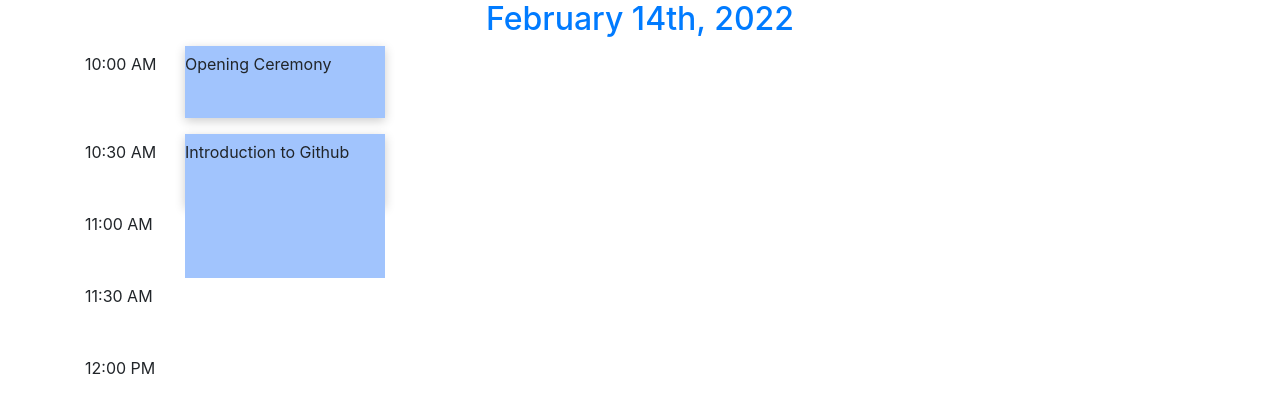
Repository: BaileyLuu/yuHacks2022
Page: public/schedule.html
These files come from the project's save history. The page is drawn as it stood at one moment and after the next save; the edit follows.
The browser window is 1280 px wide. The pictures show the whole page.
Some web libraries are served in a nearby version.

Above is the page before, as saved 2021-11-20 13:41:48.

### public/schedule.html
<!DOCTYPE html>
<html lang="en">

<head>
    <meta charset="UTF-8">
    <meta http-equiv="X-UA-Compatible" content="IE=edge">
    <meta name="viewport" content="width=device-width, initial-scale=1.0">

    <script src="https://ajax.googleapis.com/ajax/libs/jquery/3.5.1/jquery.min.js"></script>

    <!-- Popper JS -->
    <script src="https://cdnjs.cloudflare.com/ajax/libs/popper.js/1.12.9/umd/popper.min.js"
        integrity="sha384-ApNbgh9B+Y1QKtv3Rn7W3mgPxhU9K/ScQsAP7hUibX39j7fakFPskvXusvfa0b4Q"
        crossorigin="anonymous"></script>

    <!-- Latest compiled JavaScript -->
    <script src="https://maxcdn.bootstrapcdn.com/bootstrap/4.0.0/js/bootstrap.min.js"
        integrity="sha384-JZR6Spejh4U02d8jOt6vLEHfe/JQGiRRSQQxSfFWpi1MquVdAyjUar5+76PVCmYl"
        crossorigin="anonymous"></script>

    <!-- Latest compiled and minified CSS -->
    <link rel="stylesheet" href="https://maxcdn.bootstrapcdn.com/bootstrap/4.0.0/css/bootstrap.min.css"
        integrity="sha384-Gn5384xqQ1aoWXA+058RXPxPg6fy4IWvTNh0E263XmFcJlSAwiGgFAW/dAiS6JXm" crossorigin="anonymous">

    <!-- AOS CSS Library CDN -->
    <link href="https://unpkg.com/aos@2.3.1/dist/aos.css" rel="stylesheet">
    <!-- Bootstrap Icons -->
    <link rel="stylesheet" href="https://cdn.jsdelivr.net/npm/bootstrap-icons@1.7.0/font/bootstrap-icons.css">



    <script src="https://code.jquery.com/jquery-3.2.1.slim.min.js"
        integrity="sha384-KJ3o2DKtIkvYIK3UENzmM7KCkRr/rE9/Qpg6aAZGJwFDMVNA/GpGFF93hXpG5KkN"
        crossorigin="anonymous"></script>
    <link rel="stylesheet" href="./schedule.css">
    <script src="schedule.js"></script>
    <script src="https://ajax.googleapis.com/ajax/libs/jquery/3.3.1/jquery.min.js"></script>
    <title>yuHacks Schedule</title>
</head>

<body>
    <section class="">
        <div class="container">
            <h2 class="text-primary title text-center">February 14th, 2022</h1>

                <!-- <div class="row row-cols-2">
          <div class="col">Column</div>
          <div class="col">Column</div>
          <div class="col">Column</div>
          <div class="col">Column</div>
          <div class="col">Column</div>
          <div class="col">Column</div>

        </div>
        <div class="row row-cols-2">
            <div class="col">Column</div>
            <div class="col">Column</div>
            <div class="col">Column</div>
            <div class="col">Column</div>
            <div class="col">Column</div>
            <div class="col">Column</div>

          </div> -->
                <div class="schedule-table">



                    <div class="box schedule-time mb-3">
                        <div class="schedule-time" style="width: 100px;">10:00 AM</div>
                        <div class="session-box schedule-time">Opening Ceremony</div>

                    </div>
                    <div class="box schedule-time">
                        <div class="schedule-time" style="width: 100px;">10:30 AM</div>
                        <div class="session-box schedule-time">Introduction to Github</div>

                    </div>
                    <div class="box schedule-time">
                        <div class="schedule-time" style="width: 100px;">11:00 AM</div>
                        <div class="extra-time schedule-time"></div>

                    </div>
                    <div class="box schedule-time">
                        <div class="chedule-time" style="width: 100px;">11:30 AM</div>
                        <div class="empty-box schedule-time"></div>

                    </div>
                    <div class="box schedule-time  mb-3">
                        <div class="schedule-time" style="width: 100px;">12:00 PM</div>

                    </div>

                    <!-- <div class="col-md-8">
              <div>Introduction to Github</div>
              <div></div>
              <div>Introduction to Bootstrap</div>
          </div> -->

                </div>
        </div>
    </section>

    <script src="https://cdnjs.cloudflare.com/ajax/libs/jquery/3.6.0/jquery.min.js"
        integrity="sha512-894YE6QWD5I59HgZOGReFYm4dnWc1Qt5NtvYSaNcOP+u1T9qYdvdihz0PPSiiqn/+/3e7Jo4EaG7TubfWGUrMQ=="
        crossorigin="anonymous" referrerpolicy="no-referrer"></script>
    <!-- Option 1: Bootstrap Bundle with Popper -->
    <script src="https://cdn.jsdelivr.net/npm/bootstrap@5.1.3/dist/js/bootstrap.bundle.min.js"
        integrity="sha384-ka7Sk0Gln4gmtz2MlQnikT1wXgYsOg+OMhuP+IlRH9sENBO0LRn5q+8nbTov4+1p"
        crossorigin="anonymous"></script>

    <script src="https://unpkg.com/aos@2.3.1/dist/aos.js"></script>
    <script>
        AOS.init({
            offset: 500,
            duration: 800,
            once: true,
        }

        );
    </script>
</body>

</html>

### public/schedule.css
/* body {
    background-color: #141c3c;
  } */

.schedule-time{
  display:flex;
  flex-direction: column;
  width: 200px;
  height:10vh;
  box-sizing: border-box;
  z-index: 50;
  line-height: 5vh;
  flex-wrap: wrap;
}
.session-box{
  /* background-image: linear-gradient(120deg, #a1c4fd 0%, #c2e9fb 100%); */
  background-color:#a1c4fd;
  box-shadow: 0 3px 10px rgb(0 0 0 / 0.2);
  position:relative;
  flex-wrap: wrap;
}
.extra-time{
  /* background-image: linear-gradient(180deg, #c2e9fb 100%, #a1c4fd 100%); */
  background-color:#a1c4fd;
  /* box-shadow: 0 3px 10px rgb(0 0 0 / 0.2); */
  position:relative;
  flex-wrap: wrap;
  border:0;
}
.empty-box{
  background-image: white;
  position:relative;
  flex-wrap: wrap;
}
.schedule-table{
  display:flex;
  flex-direction:column;

}
/* .box>* {
  flex: 1 1 70px;
} */

Loaded but not shown: public/schedule.js (no copy from this time; the picture is the same without it)

After the next save:
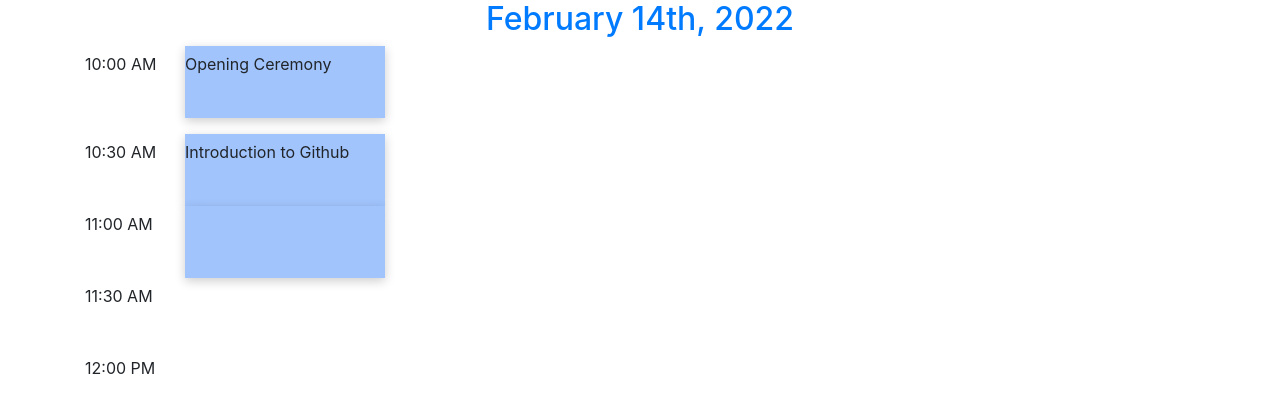
Saved 31 s later.
--- a/public/schedule.css
+++ b/public/schedule.css
@@ -22,7 +22,7 @@
 .extra-time{
   /* background-image: linear-gradient(180deg, #c2e9fb 100%, #a1c4fd 100%); */
   background-color:#a1c4fd;
-  /* box-shadow: 0 3px 10px rgb(0 0 0 / 0.2); */
+  box-shadow: 0 3px 10px rgb(0 0 0 / 0.2);
   position:relative;
   flex-wrap: wrap;
   border:0;
